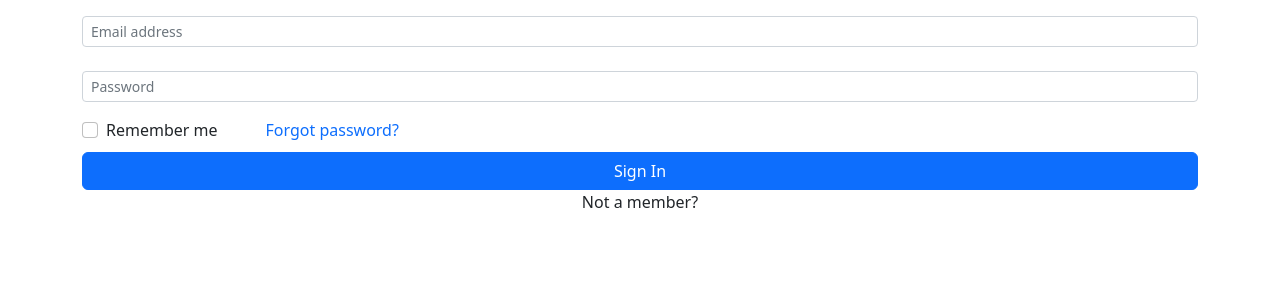
Repository: NPhanA/React2022
Page: / (app in Day 03-React/exercise/)
These files come from the project's save history. The page is drawn as it stood at one moment and after the next save; the edit follows.
The browser window is 1280 px wide. The pictures show the whole page.
The project was rebuilt for these pictures with package versions that can differ from the ones it lists, and the page was loaded fresh each time. Also part of the build but not shown: Day 03-React/exercise/src/App.css, Day 03-React/exercise/src/App.js, Day 03-React/exercise/src/Components/UserAgent.js, Day 03-React/exercise/src/Components/ProfileCard.js.

Above is the page before, as saved 2022-07-26 22:28:01.

### Day 03-React/exercise/src/index.js
import React from 'react';
import ReactDOM from 'react-dom/client';
import './index.css';
import App from './App';
import reportWebVitals from './reportWebVitals';
import 'bootstrap/dist/css/bootstrap.min.css';
import {createRoot} from 'react-dom/client';
import UserAgent from './Components/UserAgent';
import App1 from './Components/ProfileCard';
import ProfileCard from './Components/ProfileCard';
import SignInForm from './Components/SignInForm';
const container = document.getElementById('root');
const root = createRoot(container);
root.render(<SignInForm />);

### Day 03-React/exercise/src/Components/SignInForm.js
function SignInForm() {
    return (
        <div className="container ">
            <div className="row justify-content-center ">
                <div className="col-xs-12 col-xxl-4">
                <form className="form-inline">
                    <div className="col-xs-12 col-xxl-12">
                        <input type="email" className="form-control form-control-sm mt-3 mb-4" placeholder="Email address" required></input>
                        <input type="password" className="form-control form-control-sm" placeholder="Password" required></input>
                    </div>
                    <div class="form-check mt-3 ">
                        <input className="form-check-input" type="checkbox" value="" id="flexCheckDefault"></input>
                        <label class="form-check-label" for="flexCheckDefault">
                            Remember me
                        </label>
                        <span className="text-primary ms-5">Forgot password?</span>
                    </div>
                    <div class="d-grid gap-2">
                        <button class="btn btn-primary mt-2" type="button">Sign In</button>
                    </div>
                    <p className="text-center">Not a member?</p>
                </form>
                </div>
            </div>
        </div>
    );
}

export default SignInForm;

Loaded but not shown: Day 03-React/exercise/public/index.html (common file); Day 03-React/exercise/src/index.css (common file); Day 03-React/exercise/src/reportWebVitals.js (common file)

After the next save:
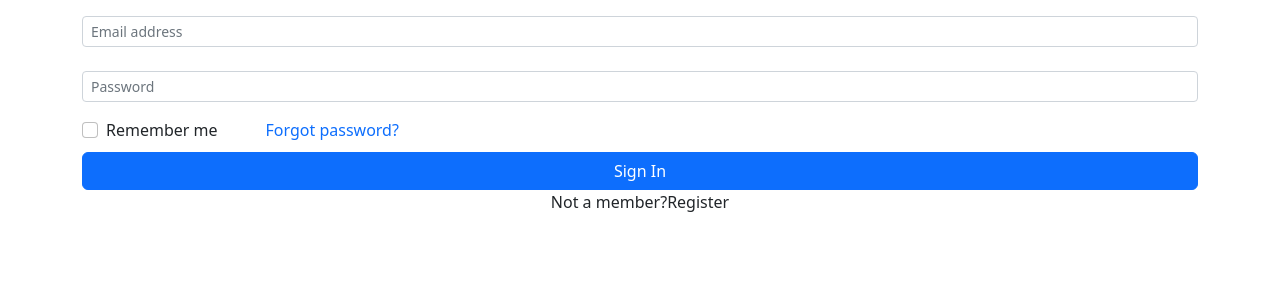
Saved 45 s later.
--- a/Day 03-React/exercise/src/Components/SignInForm.js
+++ b/Day 03-React/exercise/src/Components/SignInForm.js
@@ -18,7 +18,7 @@ function SignInForm() {
                     <div class="d-grid gap-2">
                         <button class="btn btn-primary mt-2" type="button">Sign In</button>
                     </div>
-                    <p className="text-center">Not a member?</p>
+                    <p className="text-center">Not a member?<a>Register</a></p>
                 </form>
                 </div>
             </div>
